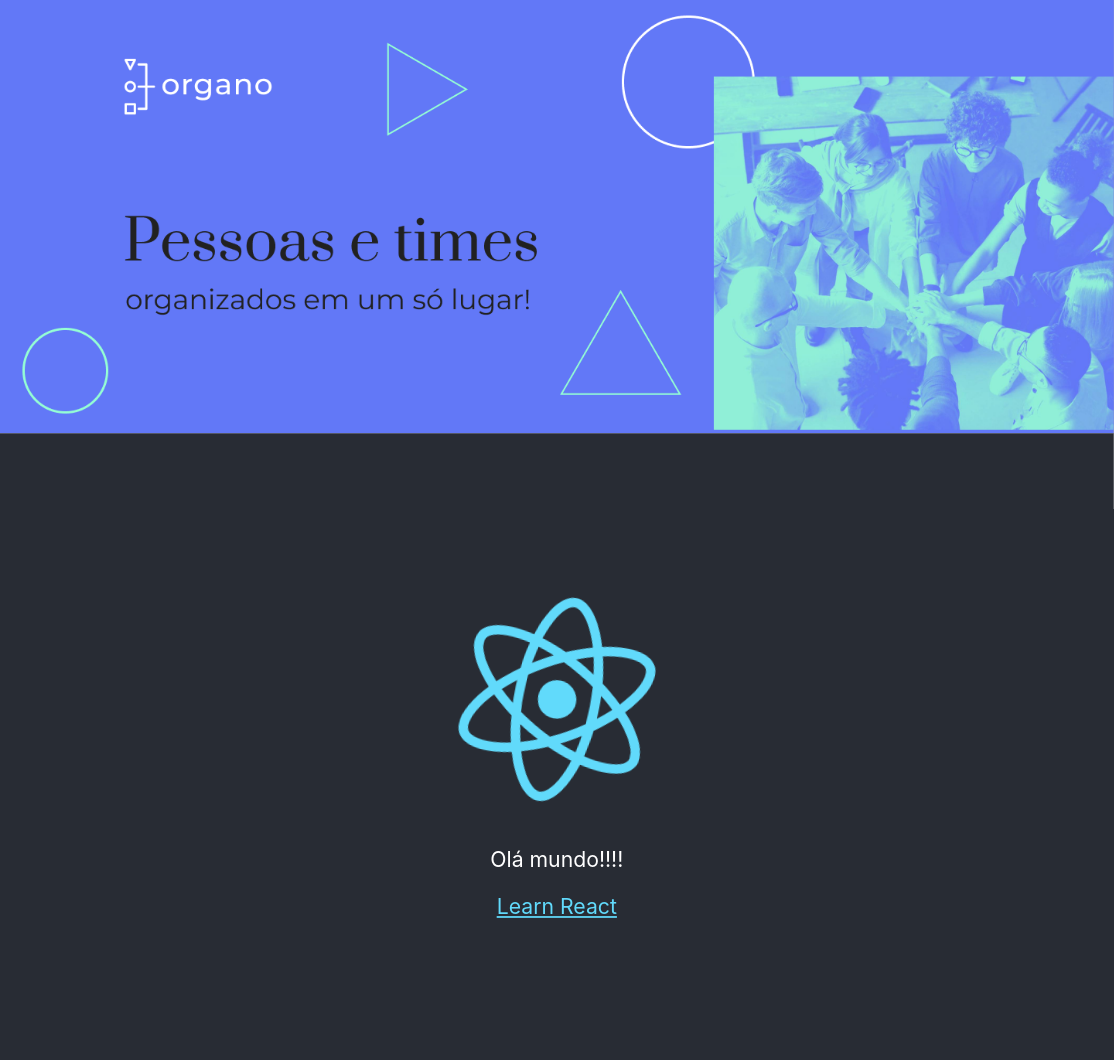
Repository: devMuriloOliveira/organo
Page: /
These files come from the project's save history. The page is drawn as it stood at one moment and after the next save; the edit follows.
The browser window is 1280 px wide. The pictures show the whole page, at 87% of full size.
The project was rebuilt for these pictures with package versions that can differ from the ones it lists, and the page was loaded fresh each time.

Above is the page before, as saved 2023-01-10 16:29:49.

### src/App.js
import logo from './logo.svg'
import './App.css'
import Banner from './componentes/Banner/Banner'

function App() {
  return (
    <div className="App">
      <Banner/>
      <header className="App-header">
        <img src={logo} className="App-logo" alt="logo" />
        <p>Olá mundo!!!!</p>
        <a
          className="App-link"
          href="https://reactjs.org"
          target="_blank"
          rel="noopener noreferrer"
        >
          Learn React
        </a>
      </header>
    </div>
  )
}

export default App

### src/componentes/Banner/Banner.js
import './Banner.css'

function Banner() {
  return (
    <header className="banner">
      <img src="/imagens/banner.png" alt="O banner principal da pagina Organo"/>
    </header>


    )

}

export default Banner

### src/componentes/Banner/Banner.css
.banner {
  background-color: #6278F7;
  text-align: center;
}

.banner img {
  max-width: 100%;
}

Loaded but not shown: public/index.html (common file); src/index.js (common file); src/index.css (common file); src/reportWebVitals.js (common file); src/App.css (common file)

After the next save:
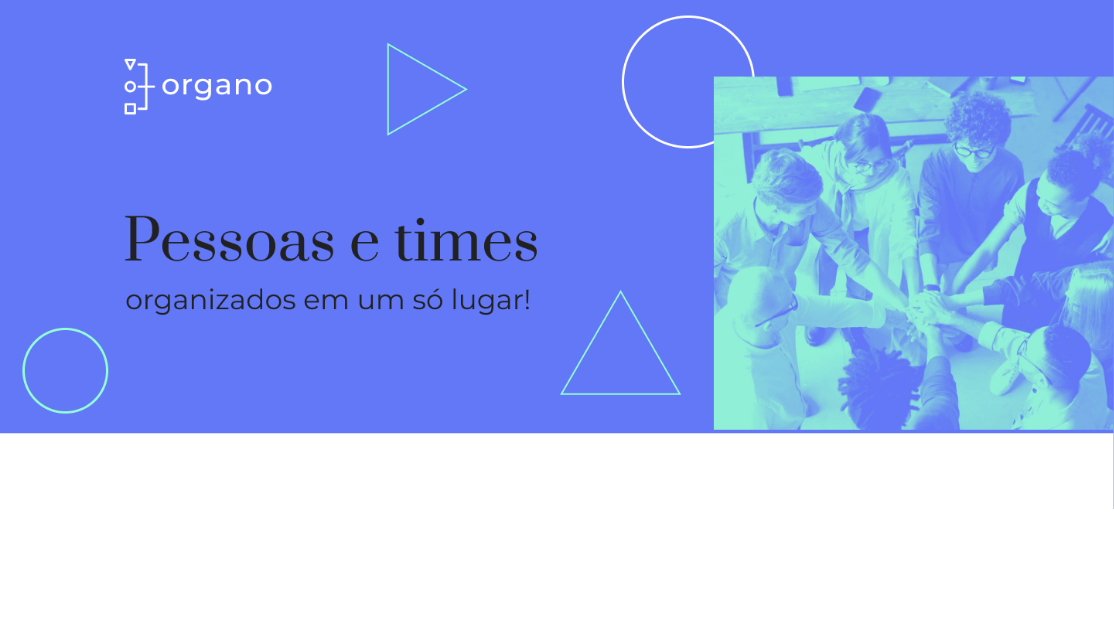
Saved 28 min 22 s later.
--- a/src/App.js
+++ b/src/App.js
@@ -6,18 +6,7 @@ function App() {
   return (
     <div className="App">
       <Banner/>
-      <header className="App-header">
-        <img src={logo} className="App-logo" alt="logo" />
-        <p>Olá mundo!!!!</p>
-        <a
-          className="App-link"
-          href="https://reactjs.org"
-          target="_blank"
-          rel="noopener noreferrer"
-        >
-          Learn React
-        </a>
-      </header>
+
     </div>
   )
 }
